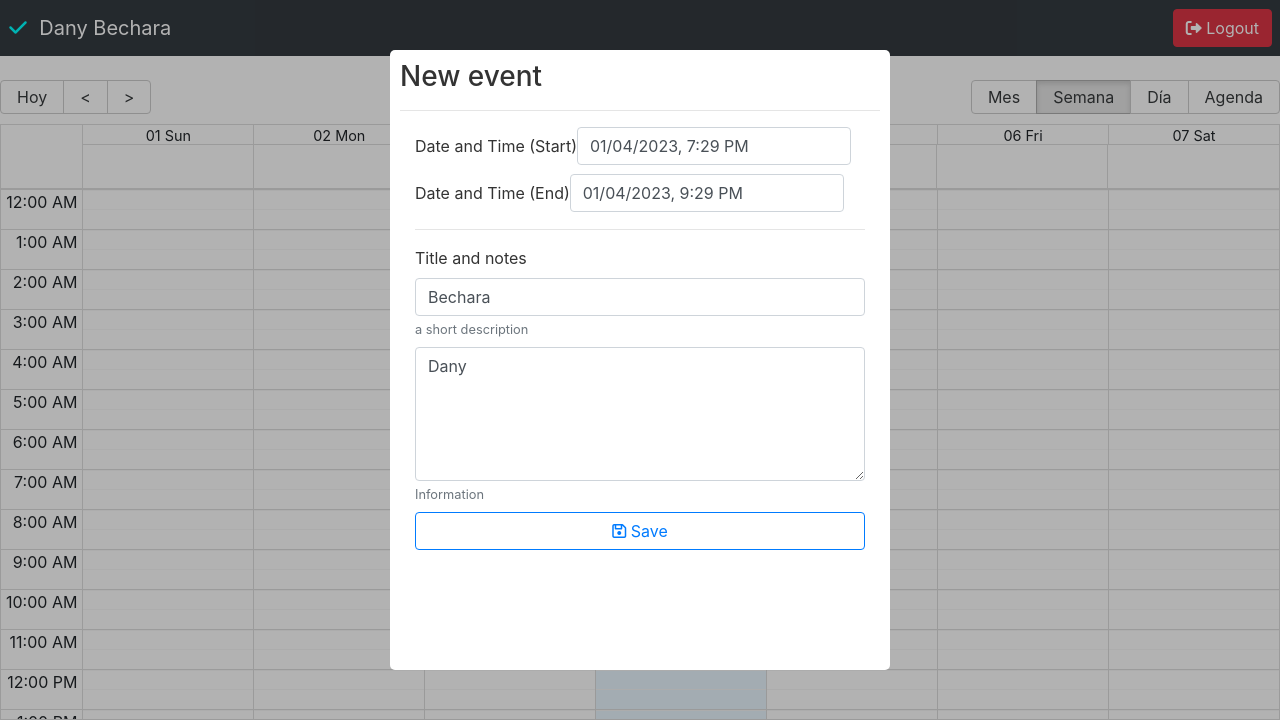
Repository: bechara611/calendar-frontend
Page: /
These files come from the project's save history. The page is drawn as it stood at one moment and after the next save; the edit follows.
The browser window is 1280 px wide. The pictures show the whole page.
An inner scrolling area shows only its first screen. The project was rebuilt for these pictures with package versions that can differ from the ones it lists, and the page was loaded fresh each time. Some packages were replaced by stand-ins written for this rebuild. Also part of the build but not shown: vite.config.js. Imported but missing from the stored project, and not drawn on this page: src/auth.

Above is the page before, as saved 2023-01-05 13:12:54.

After the next save:
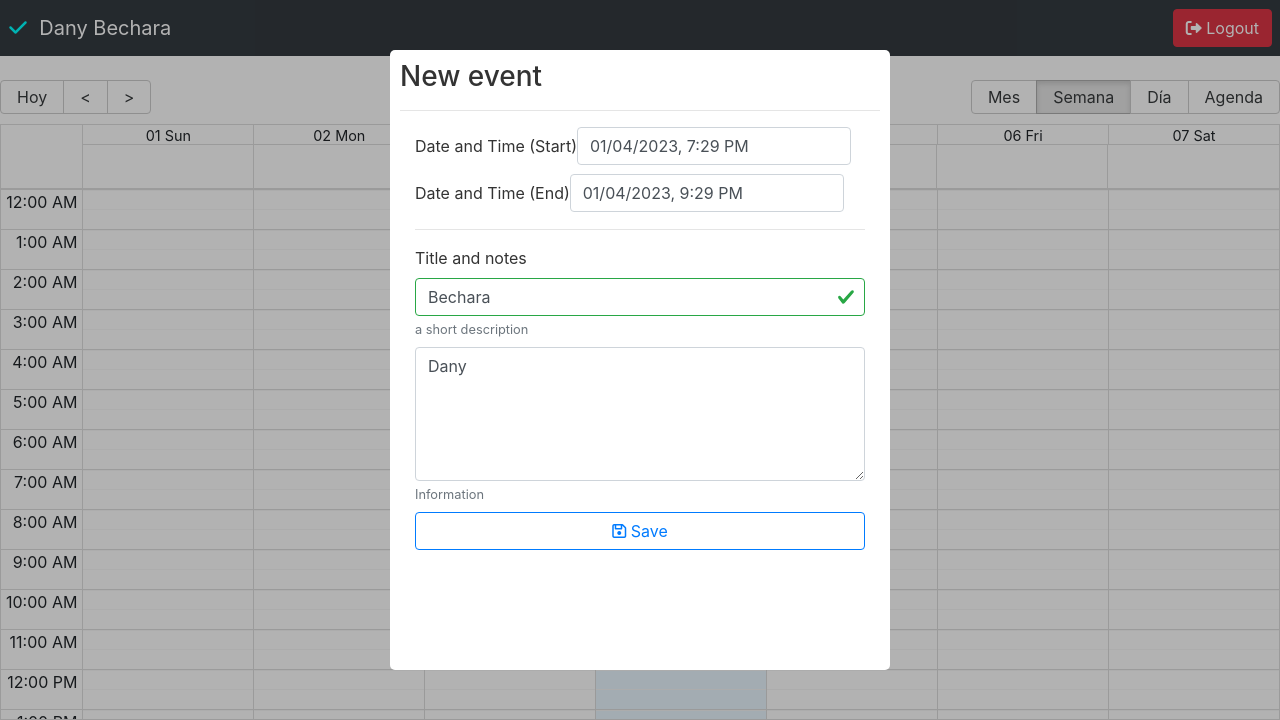
Saved 68 min 48 s later.
--- a/src/calendar/components/CalendarModal.jsx
+++ b/src/calendar/components/CalendarModal.jsx
@@ -104,7 +104,7 @@ console.log(formValues)
                         <label>Title and notes</label>
                         <input
                             type="text"
-                            className="form-control"
+                            className="form-control is-valid"
                             placeholder="Title"
                             name="title"
                             autoComplete="off"
